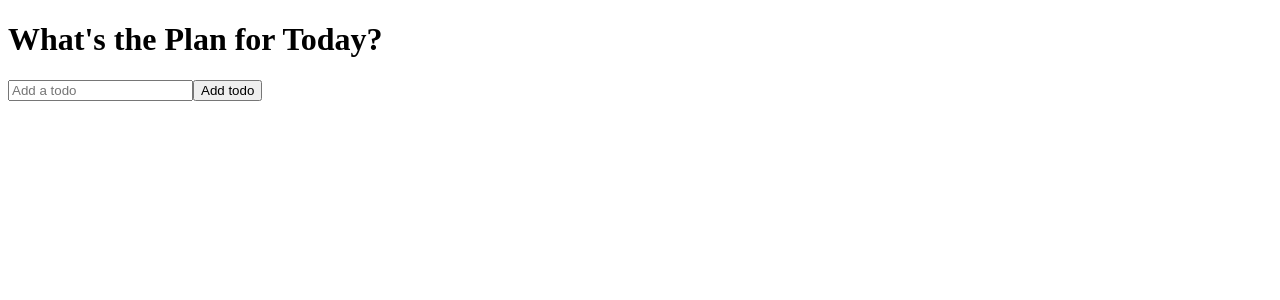
Repository: chellshelove/WADS_Assignment_TodoApp
Page: /
An editor plug-in stored every save of this project. The page is shown before and after the next save, followed by the edit.
The browser window is 1280 px wide. The pictures show the whole page.
The project was rebuilt for these pictures with package versions that can differ from the ones it lists, and the page was loaded fresh each time. Also part of the build but not shown: src/App.css.

Above is the page before, as saved 2023-03-09 09:43:58.

### src/App.js
import React from 'react';
import './App.css';
import TodoList from './components/TodoList';

function App() {
  return (
    <div className="todo-app">
     <TodoList/>
    </div>
  );
}

export default App;

### src/components/TodoList.js
import React, {useState} from 'react'
import TodoForm from './TodoForm'

function TodoList() {
    const [todos, setTodos] = useState([])

    const addTodo = todo => {
        if(!todo.test || /^\s*$/.test(todo.text)){
            return
        }

        const newTodos = [todo, ...todos]

        setTodos(newTodos);
    }

  return (
    <div>
        <h1>What's the Plan for Today?</h1>
        <TodoForm onSubmit={addTodo}/>
    </div>
  )
}

export default TodoList

### src/components/TodoForm.js
import React, {useState} from 'react'

function TodoForm(props) {
    const [input, setInput] = useState('')

    const handleChange = e => {
        setInput(e.target.value)
    }

    const handleSubmit = e => {
        e.preventDefault();

        props.onSubmit({
            id: Math.floor(Math.random() * 10000),
            text: input
        })

        setInput("");
    };

  return (
    <form className="todo-form" onSubmit={handleSubmit}>
        <input
        type="text"
        placeholder="Add a todo"
        value={input}
        name="text"
        className="todo-input"
        onChange={handleChange}
        />
        <button className="todo-button">Add todo</button>
    </form>
  )
}

export default TodoForm

Loaded but not shown: public/index.html (common file); src/index.js (common file)

After the next save:
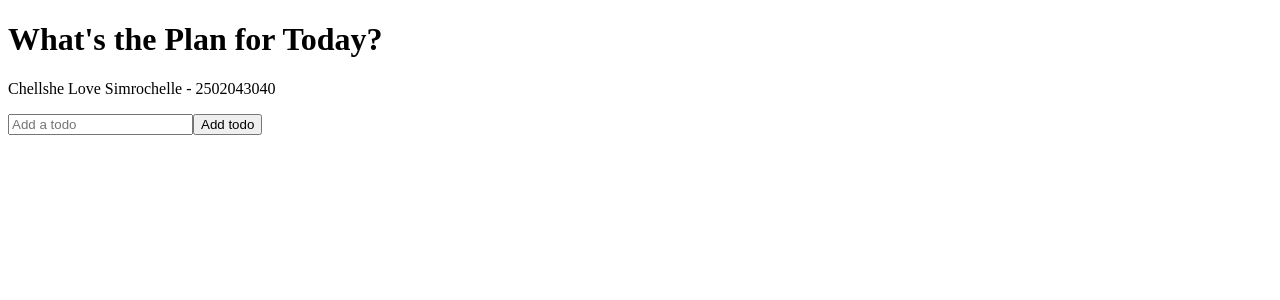
Saved 80 min 52 s later.
--- a/src/components/TodoList.js
+++ b/src/components/TodoList.js
@@ -17,6 +17,7 @@ function TodoList() {
   return (
     <div>
         <h1>What's the Plan for Today?</h1>
+        <p>Chellshe Love Simrochelle - 2502043040</p>
         <TodoForm onSubmit={addTodo}/>
     </div>
   )
